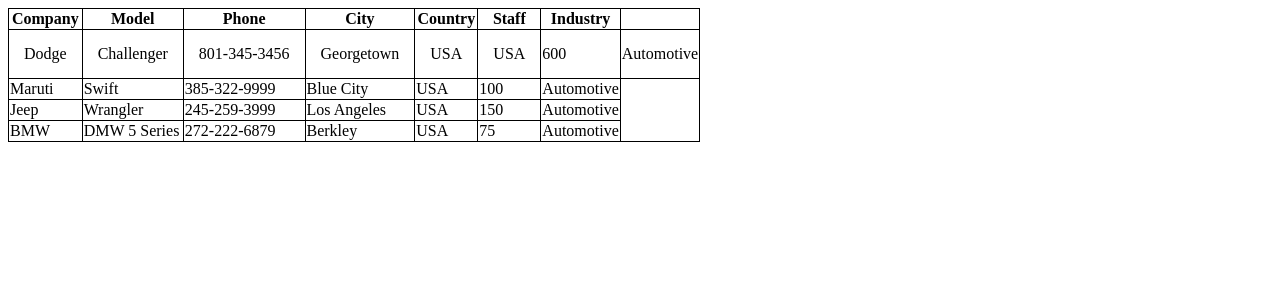
Repository: vgoins-RA2022/HTML-2
Page: index.html
These files come from the project's save history. The page is drawn as it stood at one moment and after the next save; the edit follows.
The browser window is 1280 px wide. The pictures show the whole page.

Above is the page before, as saved 2023-01-21 22:25:38.

After the next save:
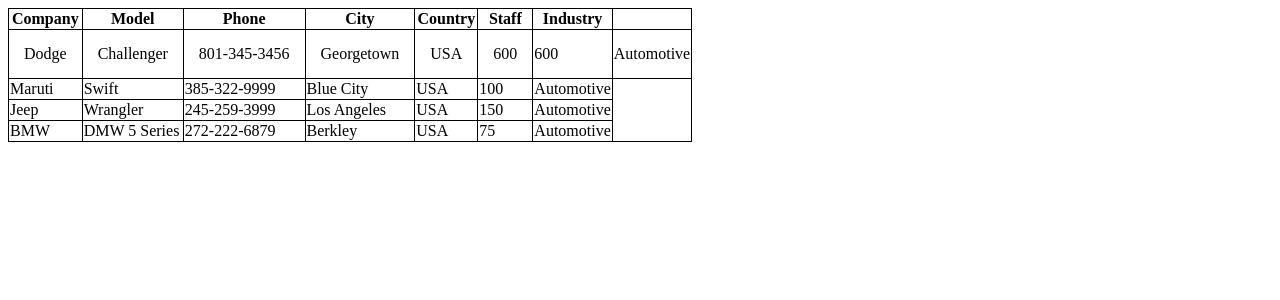
Saved 6 s later.
--- a/index.html
+++ b/index.html
@@ -31,7 +31,7 @@
         <td class="table-cell-padding">801-345-3456</td>
         <td class="table-cell-padding">Georgetown</td>
         <td class="table-cell-padding">USA</td>
-        <td class="table-cell-padding">USA</td>
+        <td class="table-cell-padding">600</td>
         <td>600</td>
         <td>Automotive</td>
       </tr>
